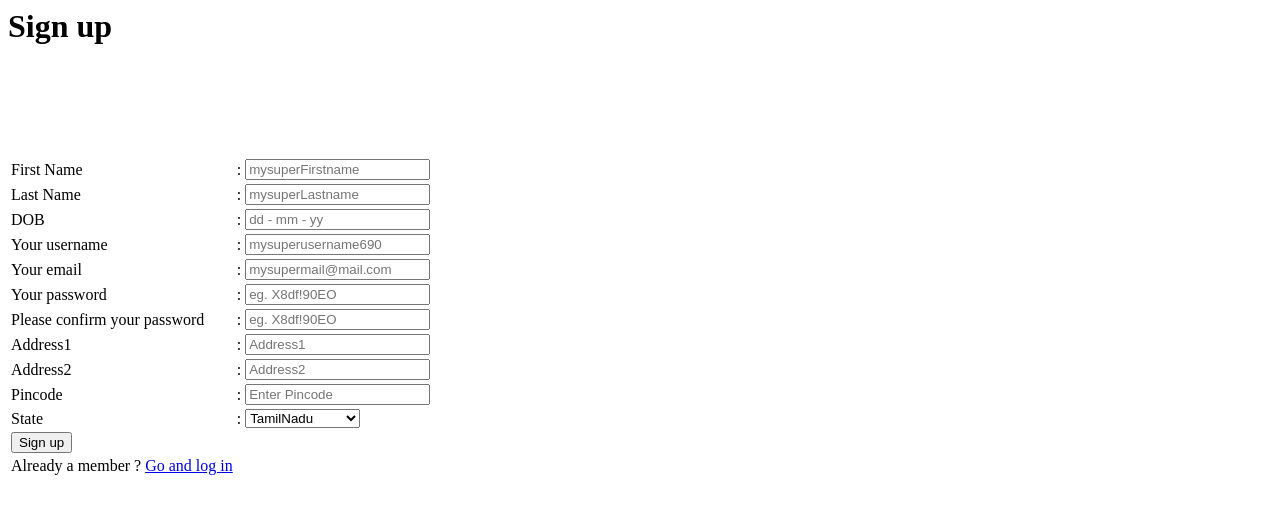
Repository: ravisudharsan/StarKart
Page: http://localhost/StarkartFrontend/WEB-INF/views/register.jsp
The author's editor kept a copy of each file at every save. The page is drawn from the files as they stood at one save, then again after the next save.
The browser window is 1280 px wide. The pictures show the whole page.
The page is served by Tomcat 9. Nobody is signed in. Other server files are loaded and not shown. The template is opened directly, without the code that normally fills it, so the values that code supplies are empty.

Above is the page before, as saved 2016-10-26 05:05:31.

### StarkartFrontend/src/main/webapp/WEB-INF/views/register.jsp
<div id="register" class="animate form">
			<form  action="mysuperscript.php" autocomplete="on">
				<h1> Sign up </h1>
				<table align:center>
					<tr>

					<td><label for="First Namesignup" class="Fname" data-icon="F">First Name</label></td>
					<td>:</td>
					<td><input id="First Namesignup" name="First Namesignup" required="required" type="text" placeholder="mysuperFirstname" /></td>
					</tr>
				 	<tr>
					<td><label for="Last Namesignup" class="Lname" data-icon="L">Last Name</label>
					<td>:</td>
					<td><input id="Last Namesignup" name="Last Namesignup" required="required" type="text" placeholder="mysuperLastname" />
					</tr>

                                 	<tr>

					<td><label for="DOBsignup" class="Lname" data-icon="L">DOB</label></td>
					<td>:</td>
					<td><input id="DOBsignup" name="DOBsignup" required="required" type="text" placeholder="dd - mm - yy" /></td>
					</tr>

					<tr>

					<td><label for="usernamesignup" class="uname" data-icon="u">Your username</label></td>
					<td>:</td>
					<td><input id="usernamesignup" name="usernamesignup" required="required" type="text" placeholder="mysuperusername690" /></td>
					</tr>

					<tr>

					<td><label for="emailsignup" class="youmail" data-icon="e" > Your email</label></td>
					<td>:</td>
					<td><input id="emailsignup" name="emailsignup" required="required" type="email" placeholder="mysupermail@mail.com"/> </td>
					</tr>

					<tr>

					<td><label for="passwordsignup" class="youpasswd" data-icon="p">Your password </label></td>
					<td>:</td>
					<td><input id="passwordsignup" name="passwordsignup" required="required" type="password" placeholder="eg. X8df!90EO"/></td>
					</tr>

					<tr>

					<td><label for="passwordsignup_confirm" class="youpasswd" data-icon="p">Please confirm your password </label></td>
					<td>:</td>
					<td><input id="passwordsignup_confirm" name="passwordsignup_confirm" required="required" type="password" placeholder="eg. X8df!90EO"/></td>
					</tr>

					<tr>

					<td><label for="Address1signup" class="Address1" data-icon="A1">Address1</label></td>
					<td>:</td>
					<td><input id="Address1signup" name="Address1signup" required="required" type="text" placeholder="Address1" /></td>
					</tr>

					<tr>

					<td><label for="Address2signup" class="Address2" data-icon="A1">Address2</label></td>
					<td>:</td>
					<td><input id="Address2signup" name="Address2signup" required="required" type="text" placeholder="Address2" /></td>
					</tr>

					<tr>

					<td><label for="Pincodesignup" class="Pincode" data-icon="A1">Pincode</label></td>
					<td>:</td>
					<td><input id="Pincodesignup" name="Pincodesignup" required="required" type="text" placeholder="Enter Pincode" /></td>
					</tr>

					<tr>

					<td> State</td><td>:</td> <td><Select>
				<option value="TamilNadu">TamilNadu</option>
				<option value="Kerala">Kerala</option>
				<option value="Karnataka">Karnataka</option>
				<option value="AndhraPradesh">AndhraPradesh</option></td>
				</tr>
				<br><br><br><br><br>
<tr>
				<td><p class="signin button">
					<input type="submit" value="Sign up"/>
				</tr>
<tr>
				<td> <p class="#tologin">

					Already a member ?
					<a href="login" class="to_register"> Go and log in </a></td>
</tr>

After the next save:
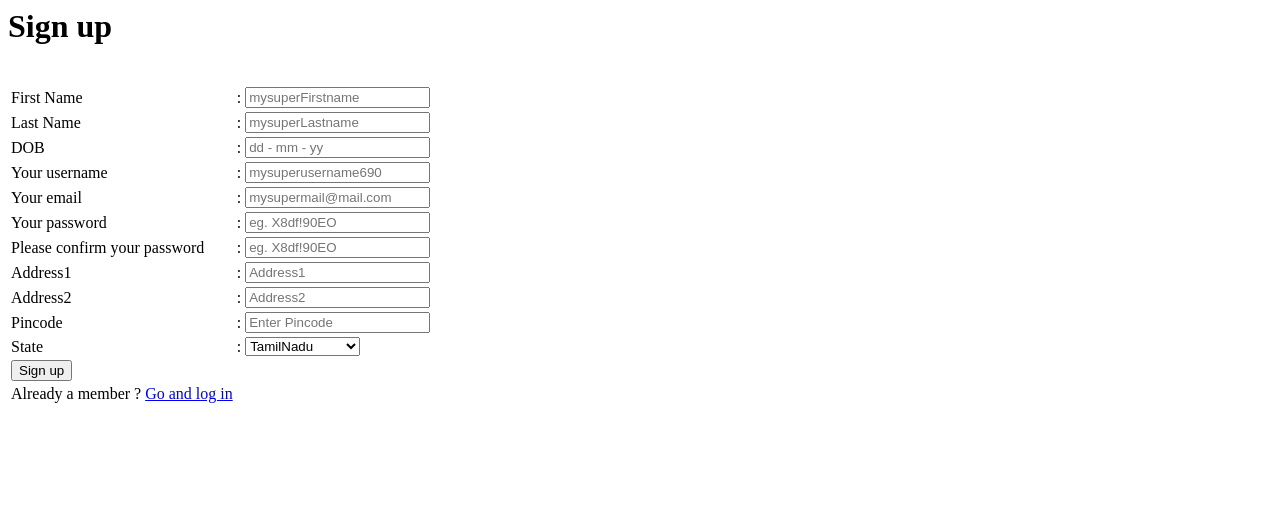
Saved 19 s later.
--- a/StarkartFrontend/src/main/webapp/WEB-INF/views/register.jsp
+++ b/StarkartFrontend/src/main/webapp/WEB-INF/views/register.jsp
@@ -78,7 +78,7 @@
 				<option value="Karnataka">Karnataka</option>
 				<option value="AndhraPradesh">AndhraPradesh</option></td>
 				</tr>
-				<br><br><br><br><br>
+				<br>
 <tr>
 				<td><p class="signin button">
 					<input type="submit" value="Sign up"/>
